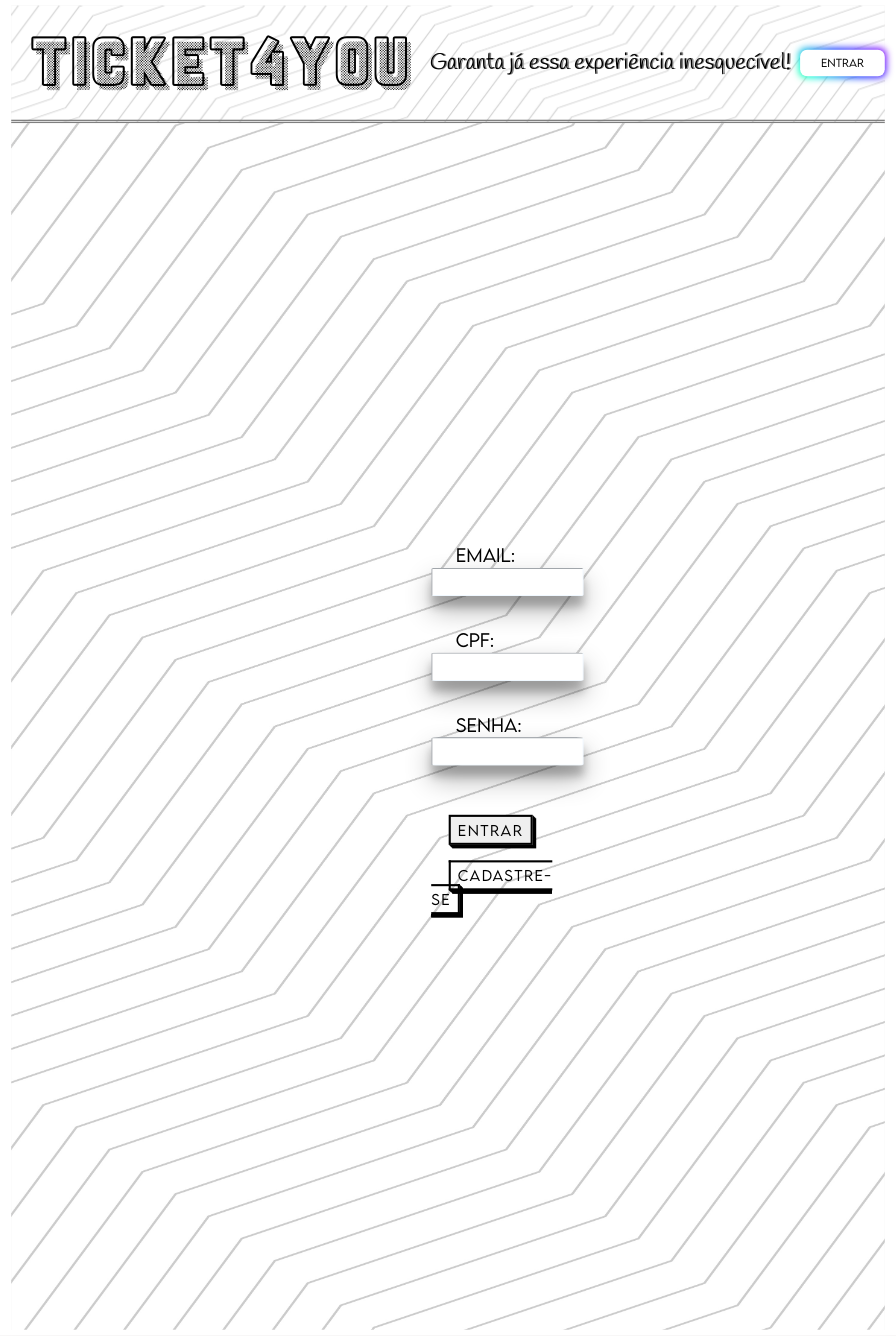
Repository: hellengurgaczz/projeto-DSA
Page: /
The author's editor kept a copy of each file at every save. The page is drawn from the files as they stood at one save, then again after the next save.
The browser window is 1280 px wide. The pictures show the whole page, at 70% of full size.
The project was rebuilt for these pictures with package versions that can differ from the ones it lists, and the page was loaded fresh each time. Also part of the build but not shown: angular.json, src/app/ingressos/templates/cadastrar/cadastrar.component.ts, src/app/models/ingresso.model.ts, src/app/services/ingresso.service.ts, src/app/compra/comprar-ingresso/comprar-ingresso.component.ts, src/app/models/compra.model.ts, src/app/services/compra.service.ts, src/app/ingressos/templates/deletar/deletar.component.ts and 3 more.

Above is the page before, as saved 2022-05-20 11:21:33.

### src/index.html
<!doctype html>
<html lang="en">
<head>
  <meta charset="utf-8">
  <title>ProjetoDSA</title>
  <base href="/">
  <meta name="viewport" content="width=device-width, initial-scale=1">
  <link rel="icon" type="image/x-icon" href="favicon.ico">
</head>
<body>
  <app-root></app-root>
</body>
</html>

### src/app/app.module.ts
import { NgModule } from '@angular/core';
import { BrowserModule } from '@angular/platform-browser';
import { HttpClientModule } from '@angular/common/http';

import { AppRoutingModule } from './app-routing.module';
import { BrowserAnimationsModule } from '@angular/platform-browser/animations';
import { AppComponent } from './app.component';
import { HeaderComponent } from './ingressos/templates/header/header.component';
import { CadastrarComponent } from './ingressos/templates/cadastrar/cadastrar.component';
import { ListarComponent } from './ingressos/templates/listar/listar.component';
import { DeletarComponent } from './ingressos/templates/deletar/deletar.component';
import { EditarComponent } from './ingressos/templates/editar/editar.component';

// imports angular material

import { FormsModule } from '@angular/forms';
import { ComprarIngressoComponent } from './compra/comprar-ingresso/comprar-ingresso.component';
import { LoginComponent } from './login/login.component';
import { LoginCadastroComponent } from './login/login-cadastro/login-cadastro.component';


@NgModule({
  imports: [
    BrowserModule,
    AppRoutingModule,
    HttpClientModule,
    BrowserAnimationsModule,
    FormsModule
  ],
  declarations: [
    AppComponent,
    HeaderComponent,
    CadastrarComponent,
    ListarComponent,
    DeletarComponent,
    EditarComponent,
    ComprarIngressoComponent,
    LoginComponent,
    LoginCadastroComponent
  ],
  providers: [],
  bootstrap: [AppComponent]
})
export class AppModule { }

### src/app/app-routing.module.ts
import { NgModule } from '@angular/core';
import { RouterModule, Routes } from '@angular/router';
import { CadastrarComponent } from './ingressos/templates/cadastrar/cadastrar.component';
import { ComprarIngressoComponent } from './compra/comprar-ingresso/comprar-ingresso.component';
import { DeletarComponent } from './ingressos/templates/deletar/deletar.component';
import { EditarComponent } from './ingressos/templates/editar/editar.component';
import { ListarComponent } from './ingressos/templates/listar/listar.component';
import { LoginComponent } from './login/login.component';
import { LoginCadastroComponent } from './login/login-cadastro/login-cadastro.component';

const routes: Routes = [
  {path: "", component: LoginComponent},
  {path: "cadastrar", component: CadastrarComponent},
  {path: "listar", component: ListarComponent},
  {path: "editar/:id", component: EditarComponent},
  {path: "deletar/:id", component: DeletarComponent},
  {path: "comprar/:id", component: ComprarIngressoComponent},
  {path: "login", component: LoginComponent},
  {path: "login/cadastro", component: LoginCadastroComponent}
];

@NgModule({
  imports: [RouterModule.forRoot(routes)],
  exports: [RouterModule]
})

export class AppRoutingModule { }

### src/app/app.component.ts
import { Component } from '@angular/core';

@Component({
  selector: 'app-root',
  templateUrl: './app.component.html',
  styleUrls: ['./app.component.css']
})
export class AppComponent {
  title = 'projeto-DSA';
}

### src/app/login/login.component.ts
import { Component, OnInit } from '@angular/core';
import { ActivatedRoute, Router } from '@angular/router';
import { Login } from '../models/login.model';
import { LoginService } from '../services/login.service';

@Component({
  selector: 'app-login',
  templateUrl: './login.component.html',
  styleUrls: ['./login.component.css']
})
export class LoginComponent implements OnInit {

  login: Login = new Login();

  constructor(private loginService: LoginService, private router: Router, private route: ActivatedRoute) { }

  ngOnInit(): void {

  }

  verificarLogin() {
    this.loginService.verificarLogin();

    if(this.login && this.login.senha === this.login.senha) {
      this.router.navigate(['/listar']);
    }
  }

}

### src/app/app.component.html
<body>
  <app-header></app-header>

  <main>

    <router-outlet></router-outlet>

  </main>
</body>

### src/app/app.component.css
body {
    background-color: rgba(146, 132, 132, 0.151);
}

### src/app/ingressos/templates/header/header.component.html

<div class="header">
    <div class="titulo">
        <h1 style="font-weight: lighter;">
            TICKET4YOU
        </h1>
        <h4 class="desc">
           Garanta já essa experiência inesquecível!
        </h4>
    </div>
    <div class="login">
        <a routerLink="./login">Entrar</a>
    </div>
</div>

### src/app/ingressos/templates/header/header.component.css
.header {
    display: flex;
    flex-direction: column end;
    background-image: url(../fonts/SL_042620_30310_10.jpg);
    background-size: cover;
    border-bottom: 5px double grey;
}

.titulo {
    display: flex;
    width: 95%;
    align-items: center;
    justify-content: center;
    flex-direction: column end;
    font-size: 25px;
    font-family:AMP;
    margin-left: 15px;
}

.desc{
  font-family: Sacramento;
  font-size: 32px;
  font-weight: normal;
  margin-left: 25px;
  text-shadow: 2px 1px grey;
}

.login {
    display: flex;
    flex-direction: column;
    justify-content: center;
    align-items: center;
}

a{
  padding: 0.6em 2em;
  border: none;
  text-decoration: none;
  font-family: LEMONMILK-Light;
  font-size: 15px;
  outline: none;
  color: rgb(0, 0, 0);
  background: rgb(255, 255, 255);
  cursor: pointer;
  position: relative;
  z-index: 0;
  border-radius: 10px;
  user-select: none;
  -webkit-user-select: none;
  touch-action: manipulation;
}

a::before{
  content: "";
  background: linear-gradient(
    45deg,
    #ff0000,
    #ff7300,
    #fffb00,
    #48ff00,
    #00ffd5,
    #002bff,
    #7a00ff,
    #ff00c8,
    #ff0000
  );
  position: absolute;
  top: -2px;
  left: -2px;
  background-size: 400%;
  z-index: -1;
  filter: blur(5px);
  -webkit-filter: blur(5px);
  width: calc(100% + 4px);
  height: calc(100% + 4px);
  animation: glowing-button-85 20s linear infinite;
  transition: opacity 0.3s ease-in-out;
  border-radius: 10px;
}

a::after{
  z-index: -1;
  content: "";
  position: absolute;
  width: 100%;
  height: 100%;
  background: rgb(255, 255, 255);
  left: 0;
  top: 0;
  border-radius: 10px;
}

@font-face{
  font-family: AMP;
  src:url(../fonts/AMP.ttf)
}

@font-face{
  font-family: LEMONMILK-Light;
  src: url(../fonts/LEMONMILK-Light.otf);
}

@font-face{
  font-family: Sacramento;
  src: url(../fonts/Handlee-Regular.ttf);
}

@keyframes glowing-button-85 {
  0% {
    background-position: 0 0;
  }
  50% {
    background-position: 400% 0;
  }
  100% {
    background-position: 0 0;
  }
}

### src/app/models/login.model.ts
export class Login {
    id: number = 0;
    email?: string;
    senha?: string;
    cpf?: string;
}

### src/app/services/login.service.ts
import { HttpClient } from '@angular/common/http';
import { Injectable } from '@angular/core';
import { ActivatedRoute, Router } from '@angular/router';
import { Observable } from 'rxjs';
import { Login } from '../models/login.model';

@Injectable({
  providedIn: 'root'
})
export class LoginService {

  login: Login = new Login();

  constructor(private http: HttpClient, private router: Router, private route: ActivatedRoute) { }

  URL = "http://localhost:3001/logins";

    buscarLogin(email : String) : Observable<Login>{
      return this.http.get<Login>(this.URL + "/");
    }

    cadastrarLogin(login : Login) : Observable<any> {
      console.log(login)
      return this.http.post(this.URL, login);
    }

    verificarLogin() {
      const email = this.route.snapshot.paramMap.get("email");
      this.buscarLogin(String(email)).subscribe((login) =>{
        this.login = login;
        return login;
      });
    }
}

### src/app/login/login.component.html
<div class="all">
    <label class="email" for="email">Email: </label>
    <input type="text"  name="email" [(ngModel)]="login.email">

    <label class="cpf" for="cpf">CPF: </label>
    <input type="text"  name="cpf" [(ngModel)]="login.cpf">

    <label class="senha" for="senha">Senha: </label>
    <input type="password"  name="email"[(ngModel)]="login.senha">

    <div>
        <button (click)="verificarLogin()">Entrar</button>
        <a routerLink="../login/cadastro">Cadastre-se</a>
    </div>
</div>

### src/app/login/login.component.css
.all{
  font-family: LEMONMILKLight;
  font-size: 25px;
  text-align: center;
  padding: 600px;
  background-image: url(../login/fonts/SL_042620_30310_10.jpg);
  background-size: cover;
}

input{
  padding: 10px;
  border-radius: 5%;
  box-shadow: rgba(0, 0, 0, 0.3) 0px 19px 38px, rgba(0, 0, 0, 0.22) 0px 15px 12px;
  border-color: aliceblue;
  font-family: LEMONMILKLight;
  margin-bottom: 45px;
}

.email, .senha, .cpf{
  margin: 35px;
}


button{
  font-family: LEMONMILKLight;
  font-size: 20px;
  letter-spacing: 2px;
  text-decoration: none;
  text-transform: uppercase;
  color: #000;
  cursor: pointer;
  border: 3px solid;
  padding: 0.25em 0.5em;
  box-shadow: 1px 1px 0px 0px, 2px 2px 0px 0px, 3px 3px 0px 0px, 4px 4px 0px 0px, 5px 5px 0px 0px;
  position: relative;
  user-select: none;
  -webkit-user-select: none;
  touch-action: manipulation;
  margin: 25px;
}

button:active{
  box-shadow: 0px 0px 0px 0px;
  top: 5px;
  left: 5px;
}

a{
  font-family: LEMONMILKLight;
  font-size: 20px;
  letter-spacing: 2px;
  text-decoration: none;
  text-transform: uppercase;
  color: black;
  cursor: pointer;
  border: 3px solid;
  padding: 0.25em 0.5em;
  box-shadow: 1px 1px 0px 0px, 2px 2px 0px 0px, 3px 3px 0px 0px, 4px 4px 0px 0px, 5px 5px 0px 0px;
  position: relative;
  user-select: none;
  -webkit-user-select: none;
  touch-action: manipulation;
  margin: 25px;
}

a:active{
  box-shadow: 0px 0px 0px 0px;
  top: 5px;
  left: 5px;
}

@font-face{
  font-family: LEMONMILKLight;
  src: url(fonts/LEMONMILK-Light.otf);
}

Loaded but not shown: src/styles.css (common file); src/main.ts (common file); src/environments/environment.ts (common file); src/app/ingressos/templates/header/header.component.ts (common file)

After the next save:
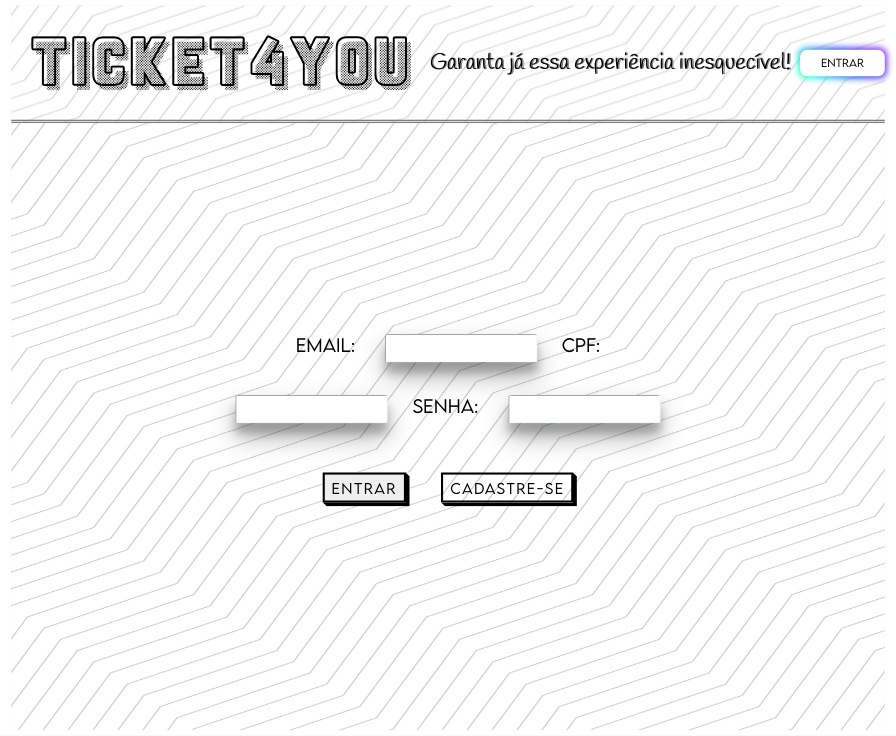
Saved 5 s later.
--- a/src/app/login/login.component.css
+++ b/src/app/login/login.component.css
@@ -2,7 +2,7 @@
   font-family: LEMONMILKLight;
   font-size: 25px;
   text-align: center;
-  padding: 600px;
+  padding: 300px;
   background-image: url(../login/fonts/SL_042620_30310_10.jpg);
   background-size: cover;
 }
